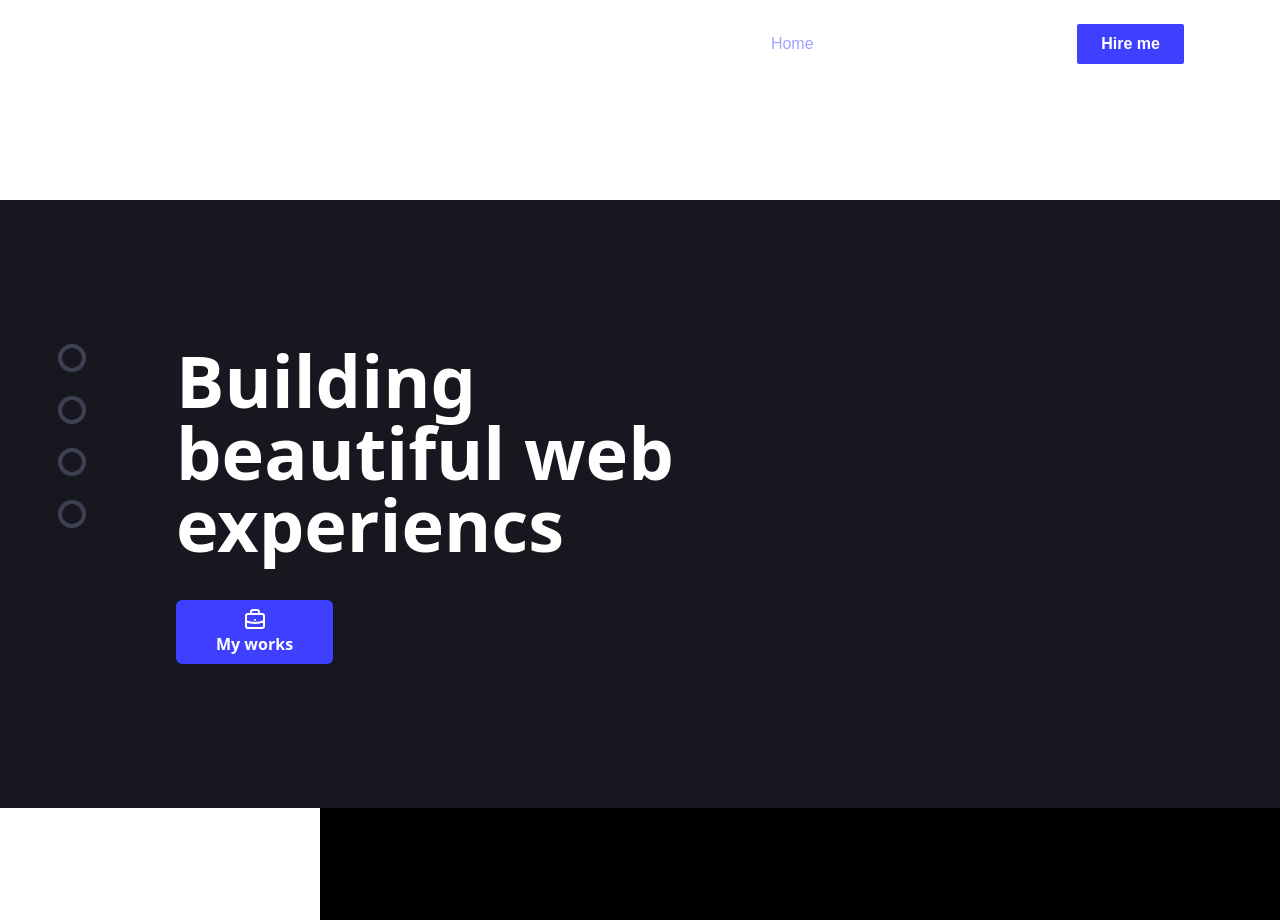
Repository: Alex0715/portfolio
Page: /
The author's editor kept a copy of each file at every save. The page is drawn from the files as they stood at one save, then again after the next save.
The browser window is 1280 px wide. The pictures show the whole page.
The project was rebuilt for these pictures with package versions that can differ from the ones it lists, and the page was loaded fresh each time. The framework's server and built-in components were replaced by stand-ins that run in the browser. Also part of the build but not shown: next.config.js.

Above is the page before, as saved 2022-02-03 23:06:45.

### pages/index.js
import Head from 'next/head'
import Banner from './components/Banner'
import Header from './components/header'



export default function Home() {
  return (
    <div>
      <Header/>
      <body className='bg-body'>
        <Banner/>
      </body>
    </div>

  )
}

### styles/globals.css
@tailwind base;
@tailwind components;
@tailwind utilities;

body{
    scroll-behavior: smooth;
}
.left-50{
    left: 50%;
}
.right-50{
    right: 50%;
}
.top-50{
    top:50%;
}

.-z-1 {
    z-index: -1;
}

.secondary-title {
    @apply text-3xl font-bold;
}

.secondary-title::before {
    content: "";
    @apply block w-12 h-2 bg-theme rounded-full mb-1;
}

.section-paragraph {
    @apply text-secondary my-6 w-full max-w-3xl;
}

.badge {
    @apply px-4 py-2 text-sm rounded bg-badge;
}

[id] {
scroll-margin-top: 100px;
}

.left-percentage {
    left: 5%;
}

.h-screen-partial {
    height: 80vh;
}





.nav-dot:hover span{
    opacity:1;
    transition: background 200ms
}

### pages/components/Banner.js

function Banner() {
  return (<div className="container mt-16 flex justify-between items-center mx-auto text-white px-8 md:px-14 lg:px-24 w-full">
      <div className="flex flex-wrap md:flex-nowrap">
        <nav className="inline-block lg:mr-24 lg:w-4 fixed left-percentage hidden xl:block">
        <div className="absolute left-50 transform -translate-x-1/2 space-y-6 mt-36">
        <a href="#" className="nav-dot selected-circle block w-7 h-7 rounded-full border-4 border-nav bg-body hover:bg-theme">
        <span className="bg-black px-2 py-1 rounded-md ml-10 opacity-0">Home</span></a>

        <a href="#" className="nav-dot selected-circle block w-7 h-7 rounded-full border-4 border-nav bg-body hover:bg-theme">
        <span className="bg-black px-2 py-1 rounded-md ml-10 opacity-0">Works</span></a>

        <a href="#" className="nav-dot selected-circle block w-7 h-7 rounded-full border-4 border-nav bg-body hover:bg-theme">
        <span className="bg-black px-2 py-1 rounded-md ml-10 opacity-0">Clients</span></a>

        <a href="#" className="nav-dot selected-circle block w-7 h-7 rounded-full border-4 border-nav bg-body hover:bg-theme">
        <span className="bg-black px-2 py-1 rounded-md ml-10 opacity-0">Hire!</span></a>

        </div>
        </nav>
        <br/>

        <div className="flex flex-wrap lg:ml-20 justify-center md:justify-start max-w-xl mt-0 md:my-36">
          <h1 className="font-bold text-5xl md:text-6xl lg:text-7xl text-center md:text-left">Building <br/> beautiful web experiencs</h1>
          <div className="flex mt-10">
          <a href="#"><button className="bg-theme px-10 py-2 font-bold rounded-md justify-center items-center hover:bg-blue-800">
          <svg xmlns="http://www.w3.org/2000/svg" className="h-6 w-6 m-auto " fill="none" viewBox="0 0 24 24" stroke="currentColor">
  <path strokeLinecap="round" strokeLinejoin="round" strokeWidth={2} d="M21 13.255A23.931 23.931 0 0112 15c-3.183 0-6.22-.62-9-1.745M16 6V4a2 2 0 00-2-2h-4a2 2 0 00-2 2v2m4 6h.01M5 20h14a2 2 0 002-2V8a2 2 0 00-2-2H5a2 2 0 00-2 2v10a2 2 0 002 2z" />
</svg> My works
          </button></a>
          </div>
          </div>

          <img src="\f1.png" alt="Logo" class="w-3/4 mt-12 md:absolute -mt-6 md:mt-0 right-0 -z-1"/>
      </div>
      </div>


  )
}

export default Banner;

### pages/components/Header.js

function Header() {
  return (
  <div className="font-poppins pb-12 ">
  <header className="text-white container py-6 flex justify-between items-center mx-auto px-8 md:px-14 lg:px-24 w-full">
      <div className="text-white text-3xl">Chirantan Bose</div>
      <div className="hidden md:flex space-x-12 items-center">
        <a href="#" className="text-selected-text">Home</a>
        <a href="#">My Works</a>
        <a href="#">Clients</a>
        <a href="#"><button className="bg-theme px-6 py-2 font-bold rounded-sm">Hire me</button></a>
      </div>
      <div className="md:hidden text-white">
      <svg xmlns="http://www.w3.org/2000/svg" className="h-7 w-7" viewBox="0 0 20 20" fill="currentColor">
  <path fillRule="evenodd" d="M3 5a1 1 0 011-1h12a1 1 0 110 2H4a1 1 0 01-1-1zM3 10a1 1 0 011-1h12a1 1 0 110 2H4a1 1 0 01-1-1zM9 15a1 1 0 011-1h6a1 1 0 110 2h-6a1 1 0 01-1-1z" clipRule="evenodd" />
</svg>
      </div>
  </header>
  </div>
  )
}

export default Header;

Loaded but not shown: pages/_app.tsx (common file); tailwind.config.js (common file)

After the next save:
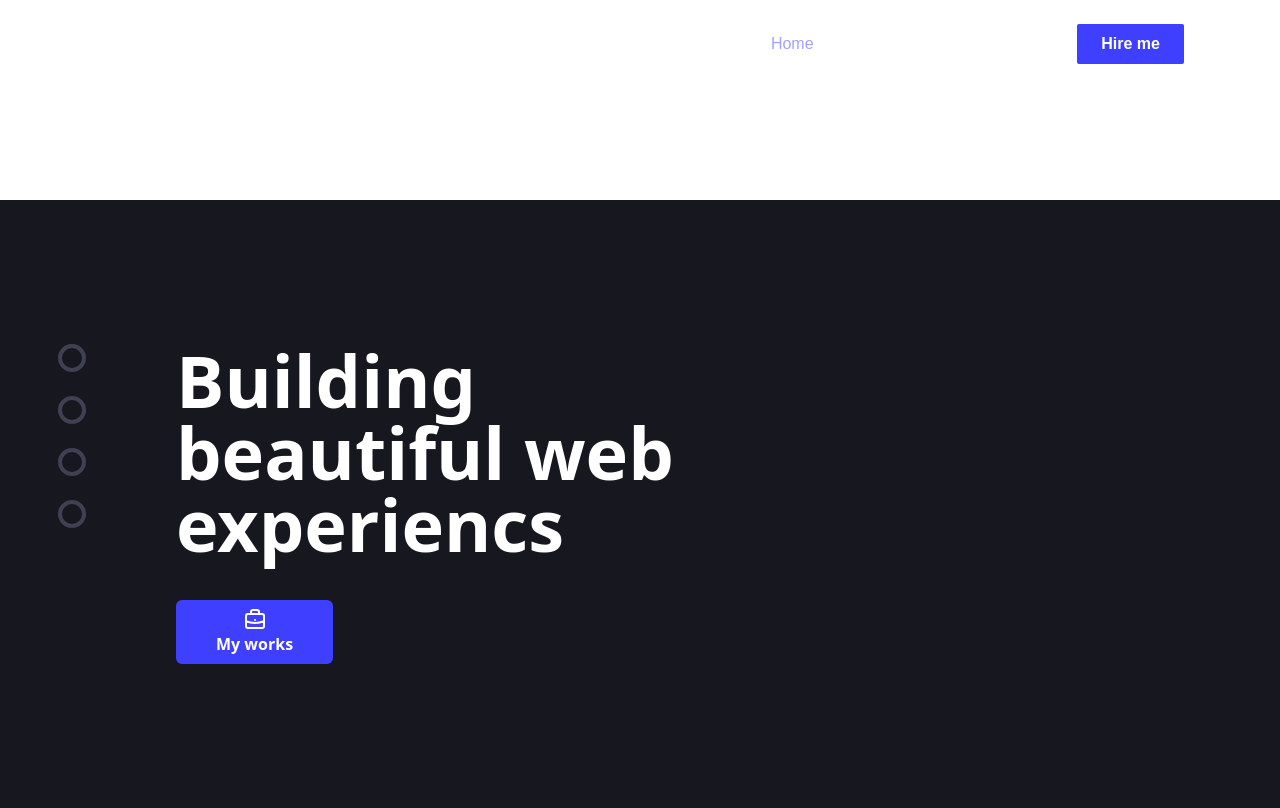
Saved 38 min 18 s later.
--- a/pages/components/Banner.js
+++ b/pages/components/Banner.js
@@ -31,7 +31,7 @@
           </div>
           </div>
 
-          <img src="\f1.png" alt="Logo" class="w-3/4 mt-12 md:absolute -mt-6 md:mt-0 right-0 -z-1"/>
+          {/* <img src="\f1.png" alt="Logo" class="w-3/4 mt-12 md:absolute -mt-6 md:mt-0 right-0 -z-1"/> */}
       </div>
       </div>
 
